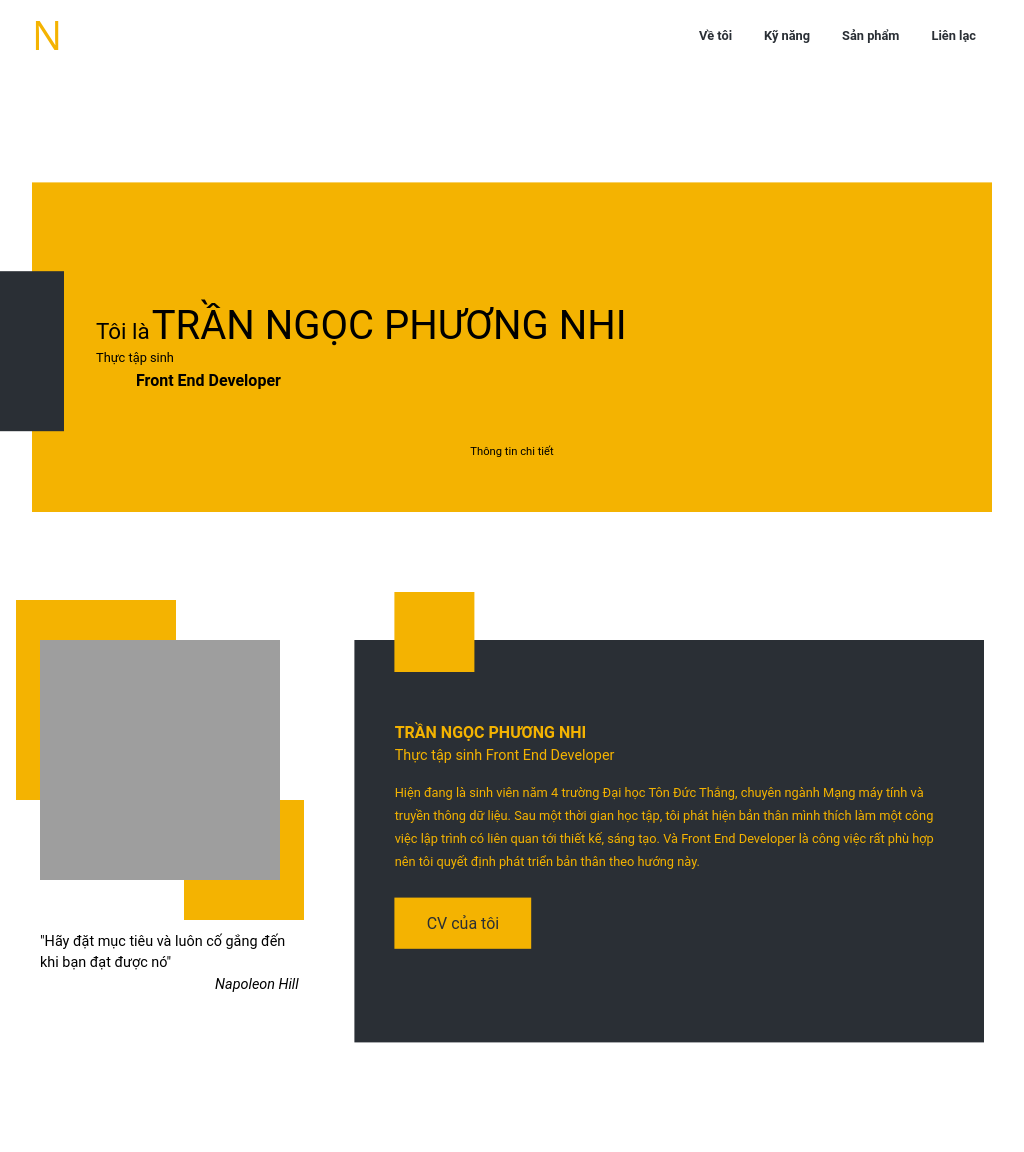
Repository: TranNgocPhuongNhi/my-portfolio
Page: index.html
An editor plug-in stored every save of this project. The page is shown before and after the next save, followed by the edit.
The browser window is 1280 px wide. The pictures show the whole page, at 80% of full size.
Pictures or frames that could not be fetched are drawn as grey boxes. Some icons come from a web library that is not loaded, so they are not drawn. Some web libraries are served in a nearby version.

Above is the page before, as saved 2021-07-04 16:54:31.

### index.html
<!DOCTYPE html>
<html lang="en">
<head>
    <meta charset="UTF-8">
    <meta http-equiv="X-UA-Compatible" content="IE=edge">
    <meta name="viewport" content="width=device-width, initial-scale=1.0">
    <title>My Portfolio</title>
    <link rel="stylesheet" href="https://pro.fontawesome.com/releases/v5.10.0/css/all.css" integrity="sha384-AYmEC3Yw5cVb3ZcuHtOA93w35dYTsvhLPVnYs9eStHfGJvOvKxVfELGroGkvsg+p" crossorigin="anonymous"/>
    <link rel="stylesheet" href="resources/css/main.css">
    <link rel="stylesheet" href="resources/css/responsive.css">
    <link rel="shortcut icon" href="favicon.ico">
</head>
<body>
    <header id="header">
        <nav class="header__nav">
            <div class="container">
                <div class="header__nav-content">
                    <!-- <img src="" alt="logo"> -->
                    <a href="#index.html" class="header__nav-logo">N</a>
                    <ul class="header__nav-list">
                        <li class="nav-item"><a href="#about">Về tôi</a></li>
                        <li class="nav-item"><a href="#skills">Kỹ năng</a></li>
                        <li class="nav-item"><a href="#products">Sản phẩm</a></li>
                        <li class="nav-item"><a href="#contact">Liên lạc</a></li>
                    </ul>
                </div>
            </div>
        </nav>
        <div class="container">
            <div class="header__info">
                <div class="header__info-content">
                    <div class="header__info-name">
                        <span>Tôi là</span>
                        <span class="header__info-fullname">trần ngọc phương nhi</span>
                    </div>
                    <div class="header__info-specialize">
                        <p>Thực tập sinh</p>
                        <p>Front End Developer</p>
                    </div>
                </div>
                <div class="header__info-more">
                    <p>Thông tin chi tiết</p>
                    <div class="header__info-down">
                        <a href="#about">
                            <i class="fal fa-chevron-double-down"></i>
                        </a>
                    </div>
                </div>
            </div>
        </div>

    </header>

    <!-- About me -->
    <section id="about">
        <div class="container">
            <div class="row">
                <div class="col-1-3 about__avatar">
                    <img src="https://media-cdn.laodong.vn/Storage/NewsPortal/2021/2/13/880159/Vuong-Bat-Bac-9.png" alt="my avatar" />
                    <div class="about__quote">
                        <p>"Hãy đặt mục tiêu và luôn cố gắng đến khi bạn đạt được nó"</p>
                        <p>Napoleon Hill</p>
                    </div>
                </div>
                <div class="col-3-1 about__content">
                    <div class="about__info">
                        <p>trần ngọc phương nhi</p>
                        <p>Thực tập sinh Front End Developer</p>
                    </div>
                    <p class="about__text">
                        Hiện đang là sinh viên năm 4 trường Đại học  Tôn Đức Thắng,
                        chuyên ngành Mạng máy tính và truyền thông dữ liệu. Sau một
                        thời gian học tập, tôi phát hiện bản thân mình thích làm một
                        công việc lập trình có liên quan tới thiết kế, sáng tạo. Và Front
                        End Developer là công việc rất phù hợp nên tôi quyết định phát
                        triển bản thân theo hướng này.
                    </p>
                    <a href="#" class="about__CV">CV của tôi</a>
                </div>
            </div>
        </div>
    </section>

</body>
</html>

### resources/css/main.css
:root {
    --primary1: #F4B301;
    --primary2: #2A2F35;
    --secondary: #F7F7F7;
    --white: #fff;
    --footer: #3B4046;
}

html {
    font-size: 62.5%;
    font-family: "Roboto", "Helvetica Neue", sans-serif;
    scroll-behavior: smooth;
}

* {
    padding: 0;
    margin: 0;
    box-sizing: border-box;
}

ul, li {
    list-style: none;
}

a {
    text-decoration: none;
}

.container {
    width: 120rem;
    max-width: 100%;
    margin: 0 auto;
}

.row {
    display: flex;
    position: relative;
}

.col-1-3 {
    width: calc(100% / 3);
}

.col-3-1 {
    width: calc(100% * 2 / 3);
}

/* ========================================= HEADER ============================= */
#header {
    height: 100vh;
    position: relative;
}

/* Scroll nav */
.nav-scroll {
    background-color: var(--white);
    box-shadow: 0 0.3rem 1.5rem rgba(0, 0, 0, 0.2);
}

.header__nav {
    padding: 1rem 0;
}

.header__nav-content {
    display: flex;
    justify-content: space-between;
    align-items: center;
}

.header__nav-logo {
    font-size: 5rem;
    font-family: 'Open Sans';
    color: var(--primary1);
}

.header__nav-list {
    display: flex;
}

.nav-item {
    padding: 0 2rem;
}

.nav-item a{
    font-size: 1.6rem;
    font-weight: 600;
    color: var(--primary2);
}

.nav-item a:hover {
    border-bottom: 0.3rem solid var(--primary1);
    animation: toRight 0.4s ease;
}

.header__info {
    background-color: var(--primary1);
    padding: 15rem 8rem;
    position: relative;
    top: 14rem;
}

.header__info::before {
    content: '';
    display: block;
    width: 8rem;
    height: 20rem;
    background-color: var(--primary2);
    position: absolute;
    top: 27%;
    left: -4rem;
}

.header__info-name span:first-child{
    font-size: 2.8rem;
}

.header__info-fullname {
    font-size: 5rem;
    text-transform: uppercase;
}

.header__info-specialize {
    line-height: 1.5;
}

.header__info-specialize p:first-child {
    font-size: 1.6rem;
}

.header__info-specialize p:last-child {
    font-size: 2rem;
    font-weight: bold;
    margin-left: 5rem;
}

.header__info-more {
    text-align: center;
    font-size: 1.4rem;
    line-height: 2;
    position: absolute;
    top: 85%;
    left: 50%;
    transform: translate(-50%, -50%);
}

.header__info-down:hover {
    width: 5rem;
    height: 5rem;
    line-height: 3.5;
    border-radius: 50%;
    border: 2px solid var(--white);
    margin: 0 auto;
    cursor: pointer;
}

.fa-chevron-double-down {
    color: var(--white);
}

/* =========================================== ABOUT ME ====================================== */
#about {
    height: 100vh;
    margin: 0 5rem;
}

.about__avatar,
.about__content {
    margin: 8rem 0;
}

.about__avatar img {
    width: 30rem;
    height: 30rem;
}

.about__avatar::before {
    content: '';
    display: block;
    width: 20rem;
    height: 25rem;
    background-color: var(--primary1);
    position: absolute;
    top: 3rem;
    left: -3rem;
    z-index: -1;
}

.about__avatar::after {
    content: '';
    display: block;
    width: 15rem;
    height: 15rem;
    background-color: var(--primary1);
    position: absolute;
    top: 28rem;
    left: 18rem;
    z-index: -1;
}

.about__quote {
    font-size: 1.8rem;
    margin: 6rem 7rem 6rem 0;
    line-height: 1.5;
}

.about__quote p:last-child {
    text-align: right;
    font-style: italic;
}

.about__content {
    background-color: var(--primary2);
    padding: 10rem 5rem;
}

.about__content::before {
    content: '';
    display: block;
    width: 10rem;
    height: 10rem;
    background-color: var(--primary1);
    position: absolute;
    top: 2rem;
}

.about__info {
    font-size: 1.8rem;
    color: var(--primary1);
    line-height: 1.5;
    margin-bottom: 2rem;
}

.about__info p:first-child {
    font-size: 2rem;
    text-transform: uppercase;
    font-weight: bold;
}

.about__text {
    color: var(--primary1);
    font-size: 1.6rem;
    line-height: 1.8;
    margin-bottom: 5rem;
}

.about__CV {
    color: var(--primary2);
    font-size: 2rem;
    background-color: var(--primary1);
    padding: 2rem 4rem;
}

/* =========================================== MY SKILLS ====================================== */



/* =========================================== MY PRODUCTS ====================================== */



/* =========================================== CONTACT ME ====================================== */



/* =========================================== ANIMATION ====================================== */
@keyframes toRight {
    0% {
        /* opacity: 0; */
        transform: translateX(-100%);
    }
    100% {
        /* opacity: 1; */
        transform: translateX(0%);
    }
}

### resources/css/responsive.css

/* Large devices (desktops, less than 1200px) */
@media (max-width: 1199.98px) {

}

/* Medium devices (tablets, less than 992px) */
@media (max-width: 991.98px) {

}

/* Small devices (landscape phones, less than 768px) */
@media (max-width: 767.98px) {

}

/* Extra small devices (portrait phones, less than 576px) */
@media (max-width: 575.98px) {

}

After the next save:
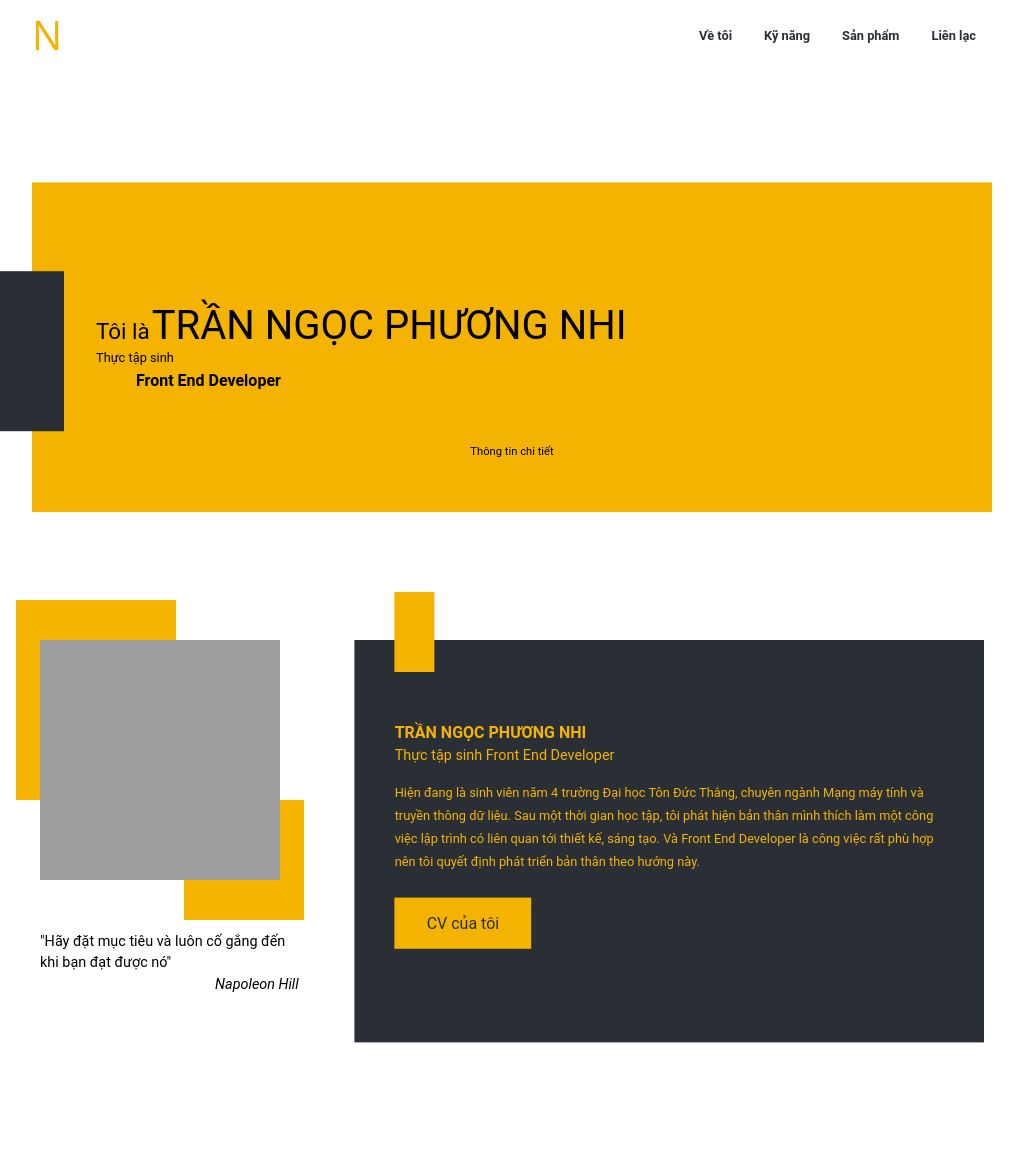
Saved 7 s later.
--- a/resources/css/main.css
+++ b/resources/css/main.css
@@ -216,7 +216,7 @@ a {
 .about__content::before {
     content: '';
     display: block;
-    width: 10rem;
+    width: 5rem;
     height: 10rem;
     background-color: var(--primary1);
     position: absolute;
